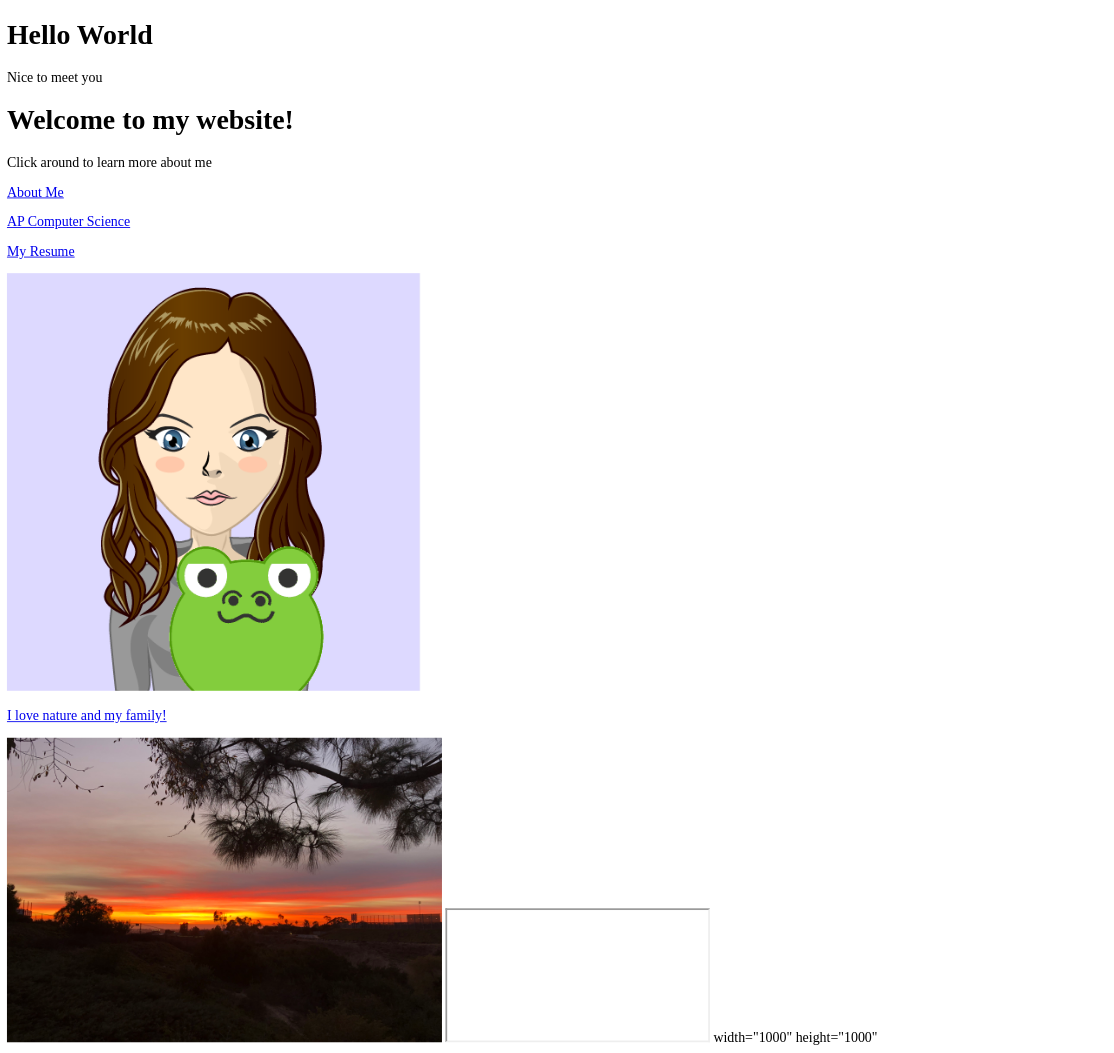
Repository: cdzendzel/cdzendzel.github.io
Page: aboutme.html
The author's editor kept a record of every edit. The page is drawn from the files as they stood at one moment, then again after the next edit.
The browser window is 1280 px wide. The pictures show the whole page, at 87% of full size.
Pictures or frames that could not be fetched are drawn as grey boxes.

Above is the page before.

### aboutme.html
<!DOCTYPE html>
<html>
<head>
<title>Page Title</title>
</head>
<body>

<h1>Hello World</h1>
<p>Nice to meet you</p>

</body>
</html>

<!DOCTYPE html>
<html>
<head>
<title>Carmela's Webpage</title>
</head>
<body>

<h1>Welcome to my website!</h1>
<p>Click around to learn more about me</p>

</body>
</html>
</body>
</html>
<p><a href="aboutme.html">About Me</a></p>
<p><a href="engineering.html">AP Computer Science</p>
<p><a href="resume.html">My Resume</p>


<img src="images/apcodingavatar.PNG" alt="Carmela's Avatar"">
<p>I love nature and my family!</a></p>
<img src="images/IMG_8784.jpg" alt="A San Diego Sunset" width="500" height="350">
<iframe src="https://docs.google.com/document/d/e/2PACX-1vTBV0std_SGqxrnGesQmDEaTKHyzaWoJoxDi38Yv2ZXC1zwI4HRwkuWeJYxTHlluPCOe5P5ZYU8tWqb/pub?embedded=true"></iframe> width="1000" height="1000"


</body>

After the next edit:
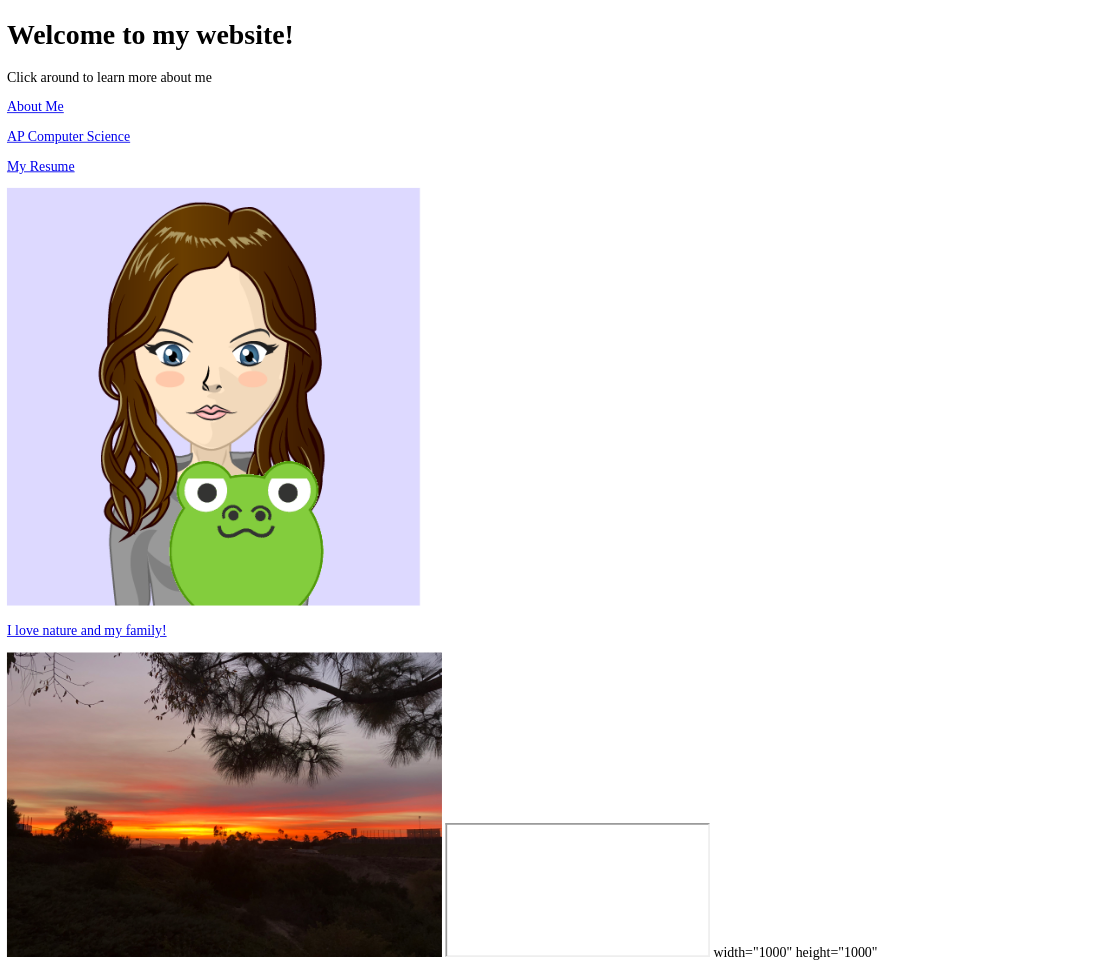
The edit:
--- a/aboutme.html
+++ b/aboutme.html
@@ -1,15 +1,4 @@
-<!DOCTYPE html>
-<html>
-<head>
-<title>Page Title</title>
-</head>
-<body>
 
-<h1>Hello World</h1>
-<p>Nice to meet you</p>
-
-</body>
-</html>
 
 <!DOCTYPE html>
 <html>
